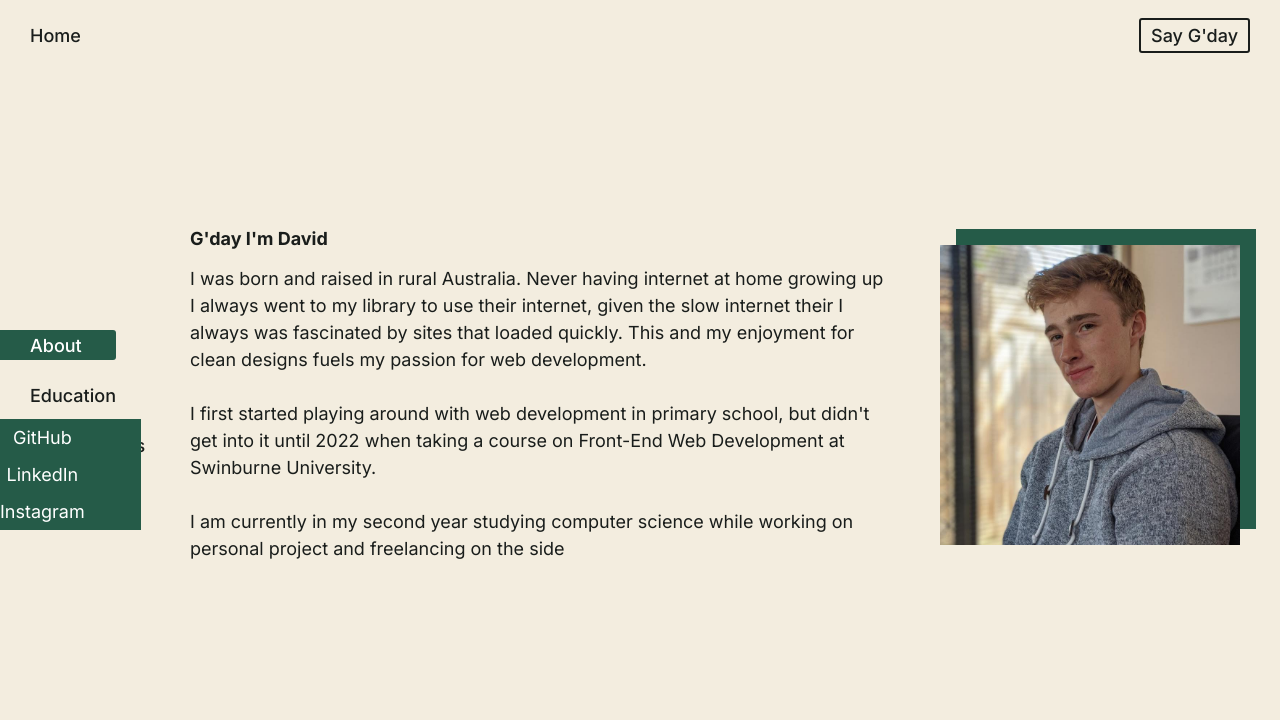
Repository: David-Waite/David-Waite-Portfolio
Page: /about
An editor plug-in stored every save of this project. The page is shown before and after the next save, followed by the edit.
The browser window is 1280 px wide. The pictures show the whole page.
The project was rebuilt for these pictures with package versions that can differ from the ones it lists, and the page was loaded fresh each time. The framework's server and built-in components were replaced by stand-ins that run in the browser. Also part of the build but not shown: next.config.js.

Above is the page before, as saved 2023-07-27 13:03:15.

### app/layout.tsx
import "./globals.css";
import type { Metadata } from "next";
import { Inter } from "next/font/google";
import Link from "next/link";
import NavBar from "./components/Nav/NavBar/NavBar";

const inter = Inter({ subsets: ["latin"] });

export const metadata: Metadata = {
  title: "Create Next App",
  description: "Generated by create next app",
};

export default function RootLayout({
  children,
}: {
  children: React.ReactNode;
}) {
  return (
    <html lang="en">
      <body className={inter.className}>
        <NavBar />
        {children}
      </body>
    </html>
  );
}

### app/about/page.tsx
"use client";

import Image from "next/image";
import styles from "./page.module.css";
import Menu from "../components/About/Menu/Menu";
import { useState } from "react";

export default function About() {
  const [selected, setSelected] = useState({
    about: true,
    education: false,
    technologies: false,
  });

  function handleClick(select: string) {
    setSelected(() => {
      return {
        about: select === "about" ? true : false,
        education: select === "education" ? true : false,
        technologies: select === "technologies" ? true : false,
      };
    });
  }

  const AboutText = (
    <>
      <h1>G&apos;day I&apos;m David</h1>
      <p className={styles.description}>
        I was born and raised in rural Australia. Never having internet at home
        growing up I always went to my library to use their internet, given the
        slow internet their I always was fascinated by sites that loaded
        quickly. This and my enjoyment for clean designs fuels my passion for
        web development.
        <br />
        <br /> I first started playing around with web development in primary
        school, but didn&apos;t get into it until 2022 when taking a course on
        Front-End Web Development at Swinburne University.
        <br />
        <br /> I am currently in my second year studying computer science while
        working on personal project and freelancing on the side
      </p>
    </>
  );

  const EducationText = (
    <>
      <h1>My Education</h1>
      <ul className={`${styles.description} ${styles.descriptionList} `}>
        <li>
          CT50220 Dimploma of Information Technology (Front End Web Development)
          | 2022
        </li>
        <li>BA-CS Bachelor of Computer Science | 2023 - current</li>
        <li>Front end developer career path (72hrs) | Scrimba (online)</li>
        <li>
          React Native - The Practical Guide 2022 (26hrs) | Udemy (online)
        </li>
        <li>
          C# Basics for Beginners: Learn C# Fundamentals by Coding (6hrs) |
          Udemy (online)
        </li>
        <li>
          C# Intermediate: Classes, Interfaces and OOP (6hrs) | Udemy (online)
        </li>
      </ul>
    </>
  );
  const TechnologiesText = (
    <>
      <h1>What I&apos;m confortable with</h1>
      <ul className={`${styles.description} ${styles.descriptionList} `}>
        <li>HTML</li>
        <li>CSS</li>
        <li>Next.Js</li>
        <li>Contentful</li>
        <li>React.Js</li>
        <li>JavaScript</li>
        <li>C#</li>
      </ul>
    </>
  );

  let textContent;

  if (selected.about) {
    textContent = AboutText;
  }
  if (selected.technologies) {
    textContent = TechnologiesText;
  }
  if (selected.education) {
    textContent = EducationText;
  }
  return (
    <main className={styles.container}>
      <Menu selected={selected} onClick={handleClick} mobile={false} />
      <div className={styles.content}>
        <div className={styles.textContainer}>
          <div className={styles.paragraphContainer}>{textContent}</div>
        </div>

        <div className={styles.imageContainer}>
          <Image src="/aboutMe.jpg" fill={true} alt="David" />
        </div>
      </div>
      <div className={styles.moblieLinkContainer}>
        <Menu selected={selected} onClick={handleClick} mobile={true} />
        <div className={`${styles.desktopLink} ${styles.links}`}>
          <a href="https://github.com/David-Waite" target="_blank">
            GitHub
          </a>
          <a href="www.linkedin.com/in/davidwaitedev" target="_blank">
            LinkedIn
          </a>
          <a href="https://www.instagram.com/david__waite/" target="_blank">
            Instagram
          </a>
        </div>
      </div>
    </main>
  );
}

### app/globals.css
:root {
  --primary: #255b48;
  --black: #191d1b;
  --background: #f3eddf;
  --white: #ffffff;
  --grey: #606060;
  --error: #a83c23;
}

.paragraph {
  font-size: 18px;
  font-style: normal;
  font-weight: 400;
  line-height: 25.2px;
  color: var(--black);
}

body {
  background-color: var(--background);
}

* {
  padding: 0;
  margin: 0;
  box-sizing: border-box;
}

### app/components/Nav/NavBar/NavBar.tsx
"use client";
import NavButton from "../NavButton/NavButton";
import styles from "./navBar.module.css";
import { usePathname } from "next/navigation";

import Link from "next/link";

export default function NavBar() {
  const currentRoute = usePathname();

  return (
    <nav className={styles.container}>
      <Link
        className={styles.link}
        href={`./${currentRoute === "/" ? "about" : "/"}`}
      >
        {currentRoute === "/" ? "About" : "Home"}
      </Link>

      {currentRoute !== "/contact" && <NavButton />}
    </nav>
  );
}

### app/about/page.module.css
.container {
  display: flex;
  height: calc(100vh - 70px);
  width: 100%;
  align-items: center;
  justify-content: center;
}

.content {
  position: relative;
  display: flex;
  align-items: center;
  gap: 200px;
}
.imageContainer {
  position: relative;
  width: 440px;
  height: 440px;
  box-shadow: var(--primary) 16px -16px 0px 0px;
}

.descriptionList {
  margin-left: 32px;
  margin-right: -32px;
}
.content h1 {
  color: var(--black);
  font-size: 18px;
  font-weight: 700;
  margin-bottom: 16px;
}
.description {
  color: var(--black);
  font-size: 18px;
  font-weight: 400;

  width: 740px;

  line-height: 27px;
}

.links {
  margin-top: 24px;
  position: absolute;
  left: -56px;
  padding: 0 56px;
  background-color: var(--primary);
  display: flex;
  align-items: center;
  flex-direction: column;
}
.mobileLink {
  display: none;
}
.links a {
  cursor: pointer !important;
  color: var(--white);
  text-decoration: none;
  font-size: 18px;
  margin: 8px 0;
}

.container hr {
  width: 100%;
  display: none;
}
.links a:hover {
  color: var(--grey);
}

.mobileMenu {
  display: none;
}

@media (max-width: 2000px) {
  .content {
    gap: 100px;
  }
}
@media (max-width: 1850px) {
  .imageContainer {
    width: 350px;
    height: 350px;
  }
}

@media (max-width: 1750px) {
  .imageContainer {
    width: 350px;
    height: 350px;
    margin-right: -50px;
  }
}

@media (max-width: 1650px) {
  .description {
    width: 700px;
  }
}

@media (max-width: 1550px) {
  .imageContainer {
    margin-right: -100px;
    width: 300px;
    height: 300px;
  }
}

@media (max-width: 1450px) {
  .imageContainer {
    margin-right: -150px;
    width: 300px;
    height: 300px;
  }
}

@media (max-width: 1350px) {
  .content {
    gap: 50px;
  }
}
@media (max-width: 1250px) {
  .description {
    width: 625px;
  }
}

@media (max-width: 1200px) {
  .container {
    padding: 20px;
    margin-top: 40px;
    display: block;
    height: 500px;
  }

  .description {
    margin-right: 16px;
    width: 100%;
    max-width: 761px;
    height: 300px;
  }
  .descriptionList {
    margin-left: 16px;
    margin-right: 0px;
  }
  .content {
    justify-content: space-between;
  }
  .imageContainer {
    min-width: 300px;
    margin-right: 0px;
    margin-top: 20px;
    width: 200px;
    height: 200px;
    min-width: 200px;
    align-self: flex-start;
  }
  .links {
    position: static;
    width: 200px;
    margin-left: auto;
  }
  .moblieLinkContainer {
    margin-top: 40px;
    display: flex;
  }
}

@media (max-width: 850px) {
  .description {
    height: 380px;
  }
}

@media (max-width: 768px) {
  .content {
    flex-direction: column;
    gap: 40px;
  }
  .imageContainer {
    align-self: center;
  }
  .description {
    height: auto;
  }
  .textContainer {
    align-self: flex-start;
  }
  .moblieLinkContainer {
    align-items: center;
    justify-content: space-between;
    height: 134px;
  }
  .links {
    margin: 0;
    margin-right: -20px;
    width: 100px;
  }
}

@media (max-width: 425px) {
  .links a,
  .content h1,
  .description {
    font-size: 16px;
  }
}

### app/components/About/Menu/Menu.tsx
"use client";
import { CSSProperties, useState } from "react";
import styles from "./menu.module.css";
export default function Menu(props: {
  onClick: any;
  selected: any;
  mobile: boolean;
}) {
  function handleClick(select: string) {
    props.onClick(select);
  }

  const selectedBackground: any = {
    left: "0px",
  };
  const selectedP: any = {
    color: "white",
  };

  return (
    <div
      className={`${styles.menu} ${
        props.mobile === true ? styles.moblie : styles.desktop
      }`}
      id="menu"
    >
      <div
        className={`${styles.linkContainer} ${styles.about}`}
        onClick={() => handleClick("about")}
      >
        <div
          className={styles.aboutBackground}
          style={Object.assign(props.selected.about && selectedBackground)}
        ></div>
        <p style={Object.assign(props.selected.about && selectedP)}>About</p>
      </div>
      <br />
      <div
        className={`${styles.linkContainer} ${styles.education}`}
        onClick={() => handleClick("education")}
      >
        <div
          className={styles.educationBackground}
          style={Object.assign(props.selected.education && selectedBackground)}
        ></div>
        <p style={Object.assign(props.selected.education && selectedP)}>
          Education
        </p>
      </div>
      <br />
      <div
        className={`${styles.linkContainer} ${styles.technologies}`}
        onClick={() => handleClick("technologies")}
      >
        <div
          className={styles.technologiesBackground}
          style={Object.assign(
            props.selected.technologies && selectedBackground
          )}
        ></div>
        <p style={Object.assign(props.selected.technologies && selectedP)}>
          Technologies
        </p>
      </div>
    </div>
  );
}

### app/components/Nav/NavButton/NavButton.tsx
import styles from "./navButton.module.css";

import Link from "next/link";

export default function NavButton() {
  return (
    <Link className={styles.container} href={"./contact"}>
      Say G&apos;day
    </Link>
  );
}

### app/components/Nav/NavBar/navBar.module.css
.container {
  display: flex;
  align-items: center;
  justify-content: space-between;
  height: 70px;
  padding: 0 30px;
}

.link {
  color: var(--black);
  text-decoration: none;
  font-size: 18px;
  font-weight: 500;
  cursor: pointer !important;
}

.link:hover {
  color: var(--grey);
}

@media (max-width: 768px) {
  .container {
    padding: 0 20px;
  }
}
@media (max-width: 425px) {
  .link {
    font-size: 16px;
  }
}

### app/components/About/Menu/menu.module.css
.menu {
  position: absolute;
  left: 0;
  font-size: 18px;
  font-weight: 500;
}

.menu div {
  display: flex;
  align-items: center;
}

.linkContainer {
  position: relative;
}
.linkContainer p {
  position: relative;
  cursor: pointer !important;
  color: var(--black);
}

.aboutBackground,
.educationBackground,
.technologiesBackground {
  position: absolute;
  background-color: var(--primary);
  left: 0;
  height: 30px;
  border-radius: 0 3px 3px 0;
  transition: 0.3s ease-in;
}
.about {
  width: 116px;
}
.aboutBackground {
  width: 116px;
  left: -116px;
}
.about:hover .aboutBackground {
  left: 0;
}

.education {
  width: 148px;
}
.educationBackground {
  width: 148px;
  left: -148px;
}
.education:hover .educationBackground {
  left: 0;
}

.technologies {
  width: 175px;
}
.technologiesBackground {
  width: 175px;
  left: -175px;
}
.technologies:hover .technologiesBackground {
  left: 0;
}

.menu p {
  top: 0;
  padding: 4px 30px;

  transition: 0.3s;
}

.selected {
  border-radius: 0 3px 3px 0;
  color: var(--white);
  background: rgb(37, 91, 72);
}

.linkContainer p:hover {
  position: relative;
  color: var(--white);
}

.moblie {
  display: none;
}
@media (max-width: 1200px) {
  .menu {
    top: calc((100vh - 70px) / 2);
    z-index: 4;
  }
  .desktop {
    display: none;
  }

  .moblie {
    display: block;
    position: inherit;
    margin-left: -30px;
  }
}

### app/components/Nav/NavButton/navButton.module.css
.container {
  border: 2px solid var(--black);
  color: var(--black);
  font-weight: 500;
  border-radius: 3px;
  font-size: 18px;
  padding: 5px 10px;
  transition: 0.3s;
  text-decoration: none;
  cursor: pointer !important;
}

.container:hover {
  background-color: var(--primary);
  color: var(--white);
}

@media (max-width: 425px) {
  .container {
    font-size: 16px;
  }
}

After the next save:
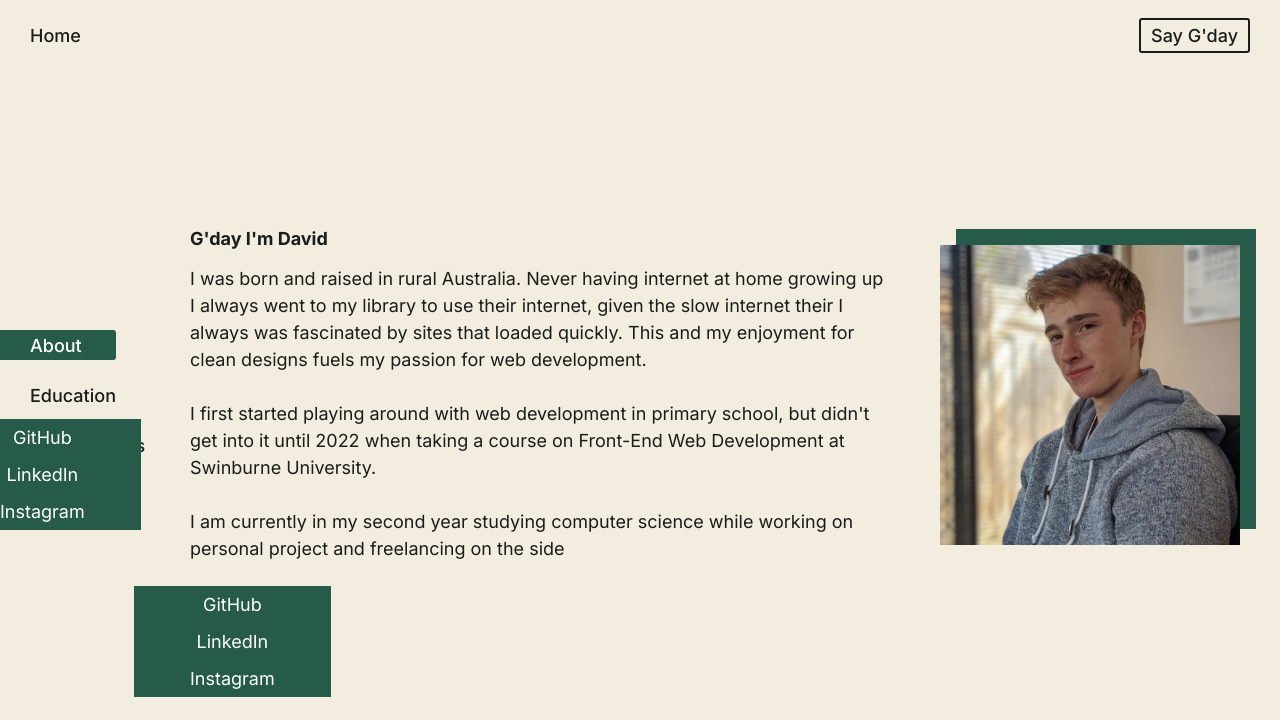
Saved 99 s later.
--- a/app/about/page.tsx
+++ b/app/about/page.tsx
@@ -97,6 +97,17 @@ export default function About() {
       <div className={styles.content}>
         <div className={styles.textContainer}>
           <div className={styles.paragraphContainer}>{textContent}</div>
+          <div className={`${styles.desktopLink} ${styles.links}`}>
+            <a href="https://github.com/David-Waite" target="_blank">
+              GitHub
+            </a>
+            <a href="www.linkedin.com/in/davidwaitedev" target="_blank">
+              LinkedIn
+            </a>
+            <a href="https://www.instagram.com/david__waite/" target="_blank">
+              Instagram
+            </a>
+          </div>
         </div>
 
         <div className={styles.imageContainer}>
